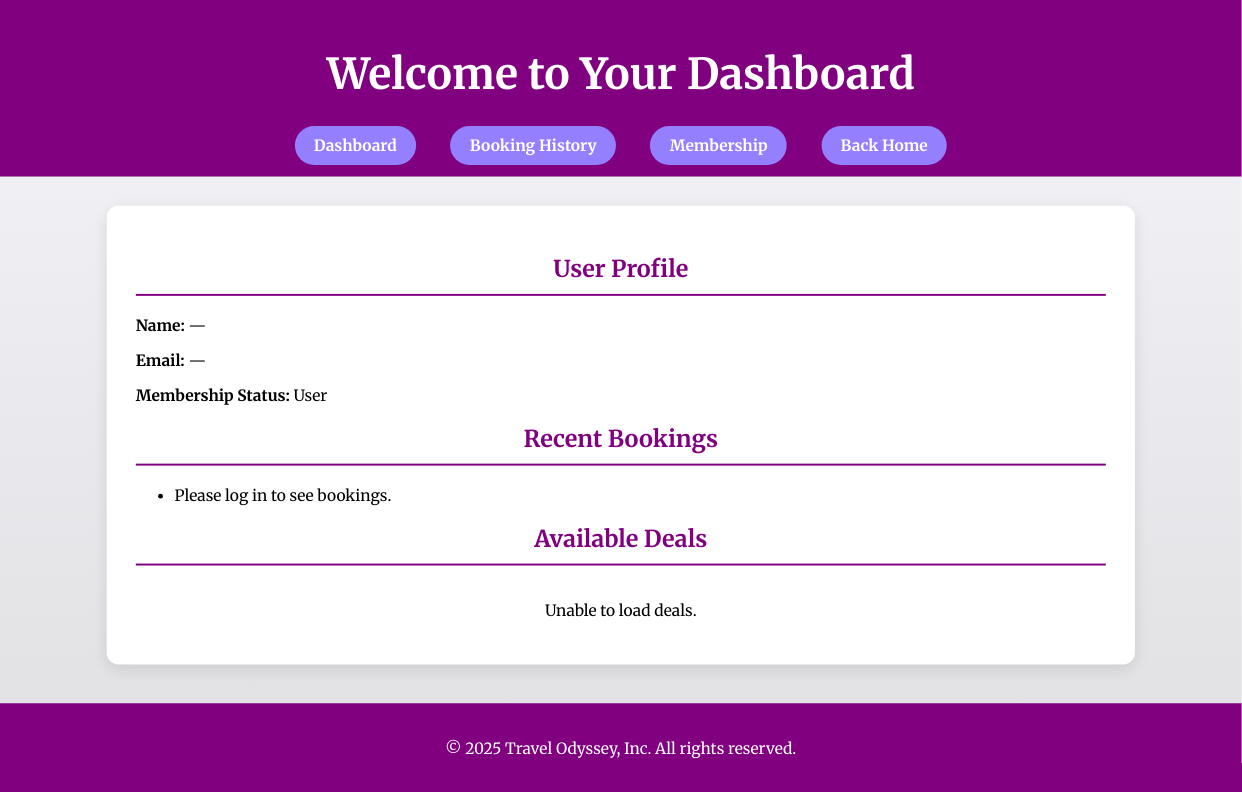
Repository: GHzPhoenix/Project-Odyssey
Page: Frontend/dashboard.html
These files come from the project's save history. The page is drawn as it stood at one moment and after the next save; the edit follows.
The browser window is 1280 px wide. The pictures show the whole page, at 97% of full size.
The page's requests for data from a server got no answer.

Above is the page before, as saved 2025-06-08 10:56:20.

### Frontend/dashboard.html
<!DOCTYPE html>
<html lang="en">
  <head>
    <meta charset="UTF-8" />
    <meta name="viewport" content="width=device-width, initial-scale=1.0" />
    <title>User Dashboard</title>
    <!-- <link rel="stylesheet" href="/Frontend/css/style.css" /> -->
    <link rel="stylesheet" href="/Frontend/css/dashboard.css" />
    <link rel="preconnect" href="https://fonts.googleapis.com" />
    <link rel="preconnect" href="https://fonts.gstatic.com" crossorigin />
    <link
      href="https://fonts.googleapis.com/css2?family=Merriweather:wght@300;400;700&display=swap"
      rel="stylesheet"
    />
  </head>
  <body>
    <header>
      <h1 style="color: white">Welcome to Your Dashboard</h1>
      <nav>
        <a href="dashboard.html">Dashboard</a>
        <a href="booking-history.html">Booking History</a>
        <a href="membership-confirmation.html">Membership</a>
        <a href="index.html">Back Home</a>
      </nav>
    </header>

    <main>
      <section class="profile">
        <h2>User Profile</h2>
        <p><strong>Name:</strong> <span id="username">Loading...</span></p>
        <p><strong>Email:</strong> <span id="user-email">Loading...</span></p>
        <p>
          <strong>Membership Status:</strong>
          <span id="membership-status">Loading...</span>
        </p>
      </section>

      <section class="recent-bookings">
        <h2>Recent Bookings</h2>
        <ul id="booking-list">
          <li>Loading...</li>
        </ul>
      </section>

      <section class="trending-deals">
        <h2>Available Deals</h2>
        <div class="deals-container" id="deals-container"></div>
        <p id="no-deals" class="no-deals" style="display: none">
          No deals available right now.
        </p>
      </section>
    </main>

    <footer class="footer">
      <div class="footer-container"></div>
      <div class="footer-bottom">
        <p>© 2025 Travel Odyssey, Inc. All rights reserved.</p>
      </div>
    </footer>

    <script>
      function toggleMenu() {
        document.querySelector("nav ul").classList.toggle("active");
      }

      async function loadDashboard() {
        const token = localStorage.getItem("token");
        const user = JSON.parse(localStorage.getItem("user") || "{}");
        document.getElementById("username").textContent = user.name || "—";
        document.getElementById("user-email").textContent = user.email || "—";
        document.getElementById("membership-status").textContent =
          user.role === "admin" ? "Admin" : "User";

        const bookingList = document.getElementById("booking-list");
        bookingList.innerHTML = "";
        if (token) {
          try {
            const res = await fetch("http://127.0.0.1:5001/api/bookings", {
              headers: { Authorization: "Bearer " + token },
            });
            if (!res.ok) throw new Error("No bookings found");
            const bookings = await res.json();
            if (bookings.length === 0) {
              bookingList.innerHTML = "<li>You have no previous bookings.</li>";
            } else {
              bookings.forEach((b) => {
                const li = document.createElement("li");
                const start = new Date(b.start_date).toLocaleDateString();
                const end = new Date(b.end_date).toLocaleDateString();
                li.textContent = `${b.destination} — ${start} to ${end}`;
                bookingList.appendChild(li);
              });
            }
          } catch (err) {
            console.error("Booking history error:", err);
            bookingList.innerHTML = "<li>Could not load booking history.</li>";
          }
        } else {
          bookingList.innerHTML = "<li>Please log in to see bookings.</li>";
        }

        const dealsContainer = document.getElementById("deals-container");
        const noDealsMsg = document.getElementById("no-deals");
        dealsContainer.innerHTML = "";
        try {
          const res = await fetch("http://127.0.0.1:5001/api/deals");
          if (!res.ok) throw new Error("Failed to fetch deals");
          const deals = await res.json();
          if (deals.length === 0) {
            noDealsMsg.style.display = "block";
          } else {
            noDealsMsg.style.display = "none";
            deals.forEach((deal) => {
              const card = document.createElement("div");
              card.className = "deal-card";

              const img = document.createElement("img");
              img.src = deal.image_url;
              img.alt = deal.name;
              card.appendChild(img);

              const body = document.createElement("div");
              body.className = "deal-card-body";

              const h3 = document.createElement("h3");
              h3.textContent = deal.name;
              body.appendChild(h3);

              const sub = document.createElement("p");
              sub.textContent = `${deal.location} — ${deal.activities}`;
              body.appendChild(sub);

              const dates = document.createElement("p");
              const s = new Date(deal.start_date).toLocaleDateString("en-US", {
                month: "short",
                day: "numeric",
                year: "numeric",
              });
              const e = new Date(deal.end_date).toLocaleDateString("en-US", {
                month: "short",
                day: "numeric",
                year: "numeric",
              });
              dates.textContent = `${s} – ${e}`;
              body.appendChild(dates);

              const btn = document.createElement("a");
              btn.className = "btn-primary card-button";
              btn.href = `booking.html?deal=${deal.id}`;
              btn.textContent = "Book Now";
              body.appendChild(btn);

              card.appendChild(body);
              dealsContainer.appendChild(card);
            });
          }
        } catch (err) {
          console.error("Deals load error:", err);
          dealsContainer.innerHTML =
            "<p class='no-deals'>Unable to load deals.</p>";
        }
      }

      window.addEventListener("DOMContentLoaded", loadDashboard);
    </script>
  </body>
</html>

### Frontend/css/dashboard.css
body {
  font-family: "Merriweather", serif;
  background: linear-gradient(to bottom, #f4f4f9, #e0e0e3);
  margin: 0;
  padding: 0;
}

header {
  background-color: purple;
  color: white;
  text-align: center;
  padding: 20px;
  font-size: 22px;
  font-weight: bold;
}

nav {
  margin-top: 15px;
}

nav a {
  color: white;
  text-decoration: none;
  margin: 0 15px;
  font-weight: bold;
  font-size: 1rem;
  padding: 10px 20px;
  border-radius: 20px;
  background-color: #947fff;
  transition: background 0.3s ease-in-out;
}

nav a:hover {
  background-color: #ff6f91;
  color: yellow;
}

.menu-toggle {
  display: none;
  flex-direction: column;
  cursor: pointer;
}

.menu-toggle div {
  width: 28px;
  height: 3px;
  background-color: white;
  margin: 4px 0;
}

@media (max-width: 768px) {
  nav ul {
    flex-direction: column;
    width: 100%;
    display: none;
    background-color: purple;
    margin-top: 10px;
    padding: 10px 0;
  }

  nav ul.active {
    display: flex;
  }

  .menu-toggle {
    display: flex;
  }

  nav ul li {
    width: 100%;
    text-align: center;
  }
}

main {
  max-width: 1000px;
  margin: 30px auto;
  padding: 30px;
  background-color: white;
  border-radius: 12px;
  box-shadow: 0px 5px 15px rgba(0, 0, 0, 0.1);
}

h2 {
  color: purple;
  font-size: 24px;
  margin-bottom: 20px;
  text-align: center;
  border-bottom: 2px solid purple;
  padding-bottom: 10px;
}

.dashboard-section {
  margin: 20px 0;
  padding: 20px;
  background-color: #f9f9ff;
  border-radius: 10px;
  box-shadow: 0px 2px 8px rgba(0, 0, 0, 0.1);
}

.dashboard-section h3 {
  font-size: 20px;
  color: purple;
  margin-bottom: 10px;
}
.deals-container {
  display: flex;
  justify-content: center;
  flex-wrap: wrap;
  gap: 30px;
  margin-top: 20px;
}

.deal-card {
  position: relative;
  background-color: #fff;
  border-radius: 12px;
  box-shadow: 0 4px 10px rgba(0, 0, 0, 0.15);
  overflow: hidden;
  width: 300px;
  text-align: center;
  padding-bottom: 20px;
  transition: transform 0.3s ease-in-out;
}

.dashboard-section p {
  font-size: 16px;
  color: #555;
}

.button {
  background-color: purple;
  color: white;
  padding: 10px 18px;
  border-radius: 25px;
  text-decoration: none;
  display: inline-block;
  margin-top: 15px;
  font-weight: bold;
  transition: background 0.3s ease-in-out;
}

.button:hover {
  background-color: #ff3b72;
}

footer {
  background-color: purple;
  color: white;
  text-align: center;
  padding: 20px;
  margin-top: 40px;
}

@media (max-width: 768px) {
  main {
    margin: 20px;
    padding: 20px;
  }
}

After the next save:
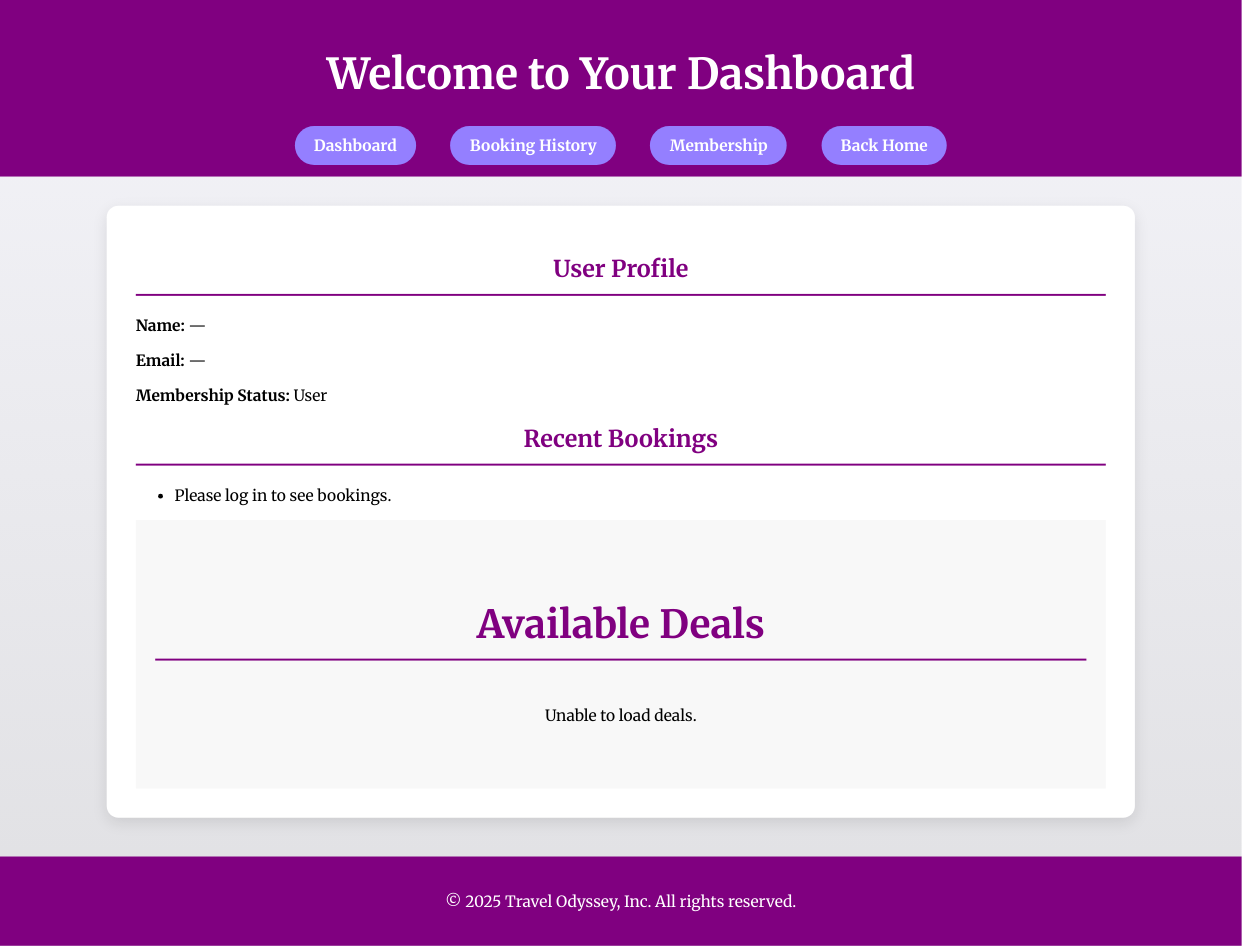
Saved 31 s later.
--- a/Frontend/css/dashboard.css
+++ b/Frontend/css/dashboard.css
@@ -122,7 +122,17 @@ h2 {
   padding-bottom: 20px;
   transition: transform 0.3s ease-in-out;
 }
+.trending-deals {
+  padding: 50px 20px;
+  background: #f8f8f8;
+}
 
+.trending-deals h2 {
+  font-size: 2.5rem;
+  color: purple;
+  margin-bottom: 30px;
+  text-align: center;
+}
 .dashboard-section p {
   font-size: 16px;
   color: #555;
